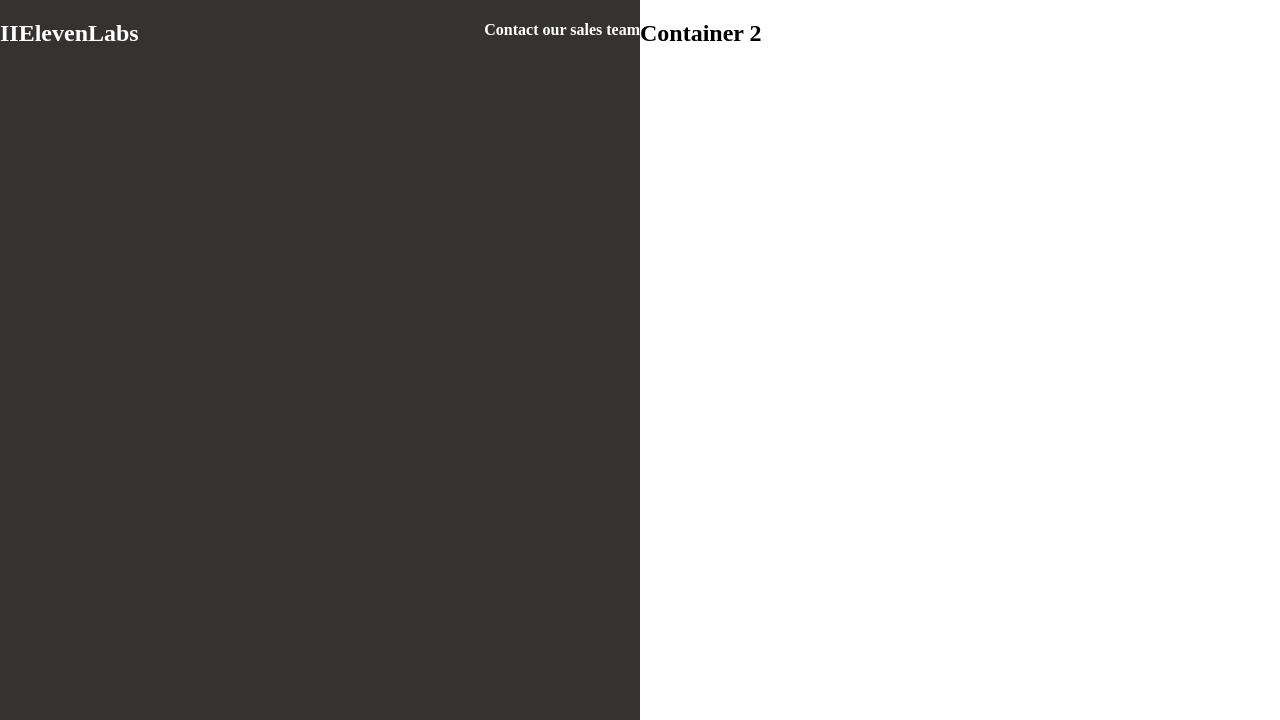
Repository: RohanSai22/harkirat-cohort-learnings
Page: Web/w1_a2.html
These files come from the project's save history. The page is drawn as it stood at one moment and after the next save; the edit follows.
The browser window is 1280 px wide. The pictures show the whole page.

Above is the page before, as saved 2026-03-24 12:03:40.

### Web/w1_a2.html
<html>
    <head>
        <title>Eleven Labs : Sales Page </title>
    </head>
    <body style="margin:0; padding:0">
        <div style ="min-height: 100vh; display: flex;">
            <div style="flex:1;background-color: rgb(53, 50, 50); color: white">
                <div style="display:flex;justify-content: space-between;">
                    <h2>IIElevenLabs</h2>
                    <h4>Contact our sales team</h4>
                </div>
            </div>
            <div style="flex:1;background-color: white;">
                 <h2>Container 2</h2>
            </div>
        </div>
    </body>
</html>

After the next save:
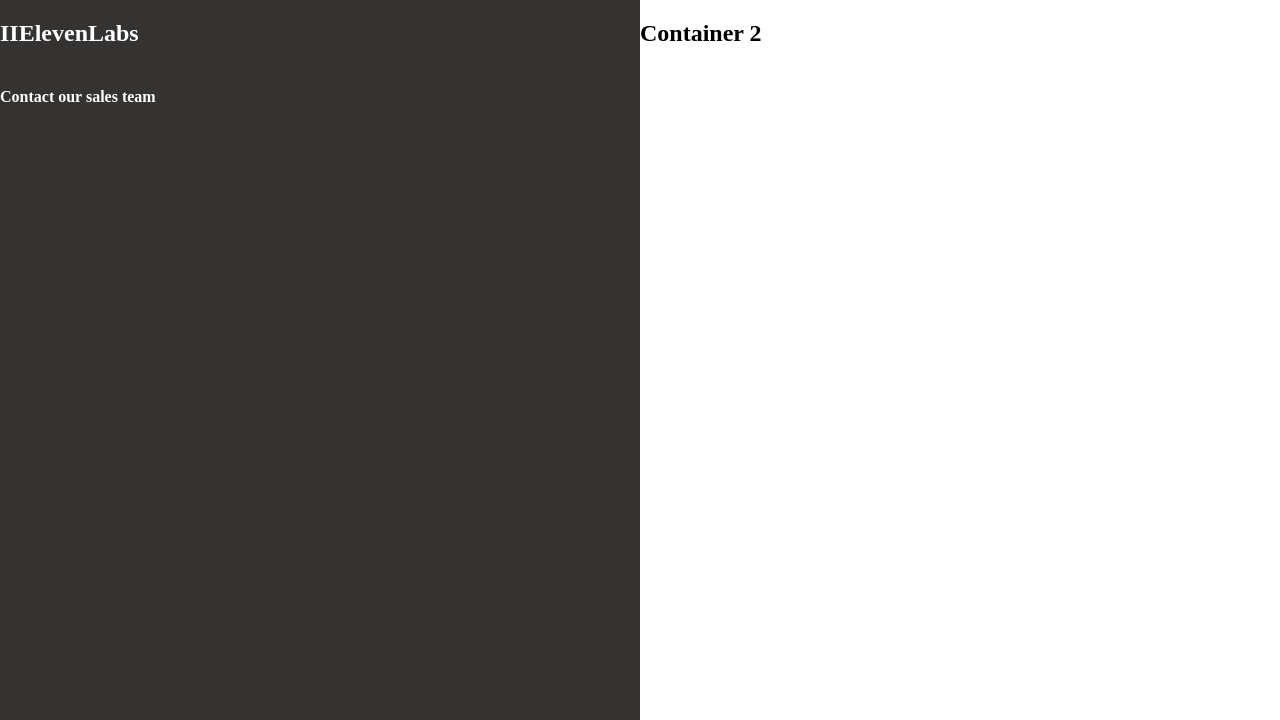
Saved 13 s later.
--- a/Web/w1_a2.html
+++ b/Web/w1_a2.html
@@ -5,7 +5,7 @@
     <body style="margin:0; padding:0">
         <div style ="min-height: 100vh; display: flex;">
             <div style="flex:1;background-color: rgb(53, 50, 50); color: white">
-                <div style="display:flex;justify-content: space-between;">
+                <div style="display:flex;justify-content: space-between; flex-direction: column;">
                     <h2>IIElevenLabs</h2>
                     <h4>Contact our sales team</h4>
                 </div>
